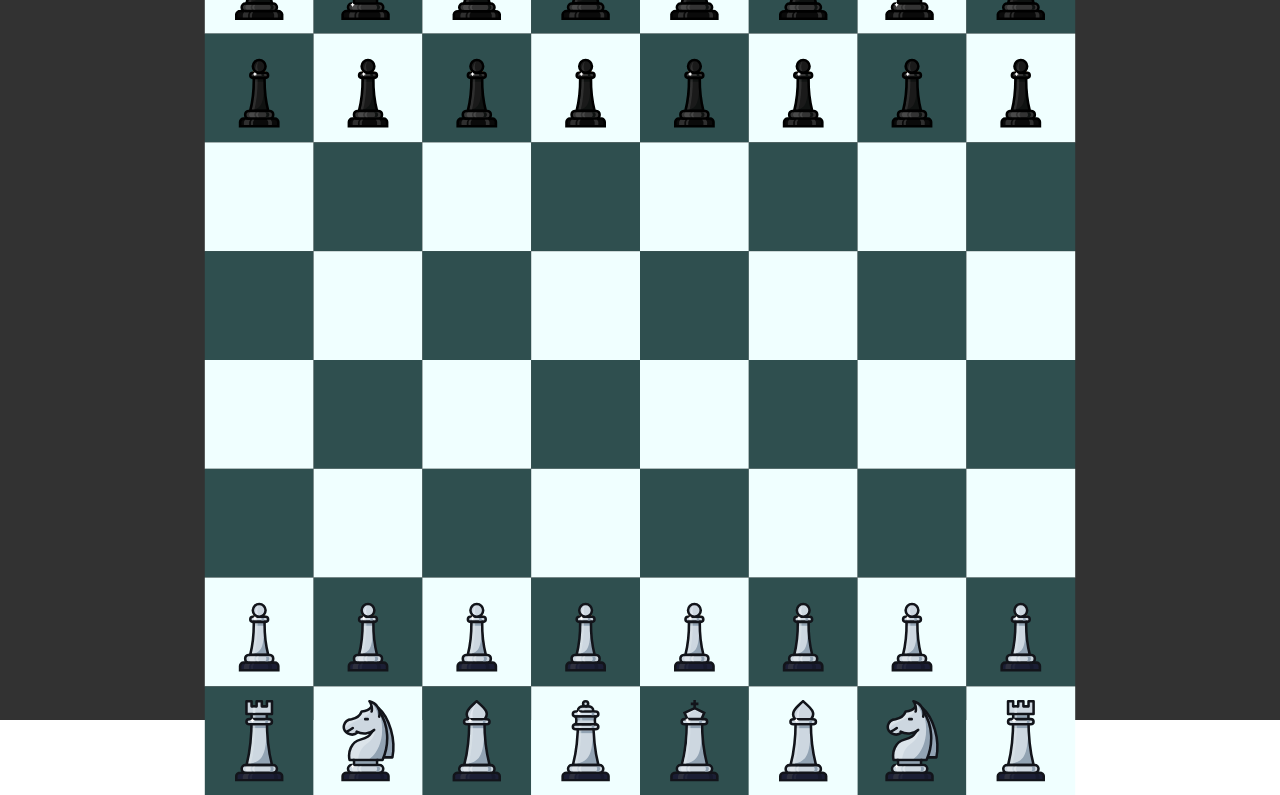
Repository: Mirsmog/react-chess
Page: /
These files come from the project's save history. The page is drawn as it stood at one moment and after the next save; the edit follows.
The browser window is 1280 px wide. The pictures show the whole page.
The project was rebuilt for these pictures with package versions that can differ from the ones it lists, and the page was loaded fresh each time. Also part of the build but not shown: vite.config.ts.

Above is the page before, as saved 2023-10-28 15:42:58.

### src/App.tsx
import BoardComponent from '@/components/BoardComponent';
import { Board } from './models/Board';
import React from 'react';

const App = () => {
  const [board, setBoard] = React.useState(new Board());

  React.useEffect(() => {
    restart();
  }, []);

  function restart() {
    const newBoard = new Board();
    newBoard.initCells();
    newBoard.addFigures()
    setBoard(newBoard);
  }
  return (
    <div className='app'>
      <BoardComponent board={board} setBoard={setBoard} />
    </div>
  );
};

export default App;

### src/index.css
:root {
  --sell-size: 64px;
}

* {
  margin: 0;
  padding: 0;
}

.app {
  background-color: #323232;
  width: 100vw;
  height: 100vh;
  display: flex;
  justify-content: center;
  align-items: center;
}

.board {
  display: flex;
  width: calc(var(--sell-size) * 8);
  height: calc(var(--sell-size) * 8);
  flex-wrap: wrap;
  transform: scale(1.7);
}

.cell {
  width: var(--sell-size);
  height: var(--sell-size);
  display: flex;
  justify-content: center;
  align-items: center;
}

.cell img {
  width: 48px;
  height: 48px;
  position: relative;
}

img[src*="/src/assets/pawn-white.svg"],
img[src*="/src/assets/pawn-black.svg"] {
  /* transform: scale(1.18); */
  transform: translateY(3px);
}

.black {
  background-color: darkslategrey;
}

.white {
  background-color: azure;
}

### src/components/BoardComponent.tsx
import { Board } from '@/models/Board';
import React from 'react';
import CellComponent from './CellComponent';

type Props = {
  board: Board;
  setBoard: (board: Board) => void;
};

const BoardComponent: React.FC<Props> = ({ board, setBoard }) => {
  return (
    <div className='board'>
      {board.cells.map((row, index) => (
        <React.Fragment key={index}>
          {row.map((cell) => (
            <CellComponent key={cell.id} cell={cell} />
          ))}
        </React.Fragment>
      ))}
    </div>
  );
};

export default BoardComponent;

### src/models/Board.ts
import { Cell } from './Cell';
import { Colors } from './Colors';
import { Bishop } from './figures/Bishop';
import { King } from './figures/King';
import { Knight } from './figures/Knight';
import { Pawn } from './figures/Pawn';
import { Queen } from './figures/Queen';
import { Rook } from './figures/Rook';

export class Board {
  cells: Cell[][] = [];

  public initCells() {
    for (let i = 0; i < 8; i++) {
      const row: Cell[] = [];
      for (let j = 0; j < 8; j++) {
        if ((i + j) % 2 !== 0) {
          row.push(new Cell(this, j, i, Colors.BLACK, null)); // black
        } else {
          row.push(new Cell(this, j, i, Colors.WHITE, null)); // white
        }
      }
      this.cells.push(row);
    }
  }
  public getCell(x: number, y: number) {
    return this.cells[y][x];
  }

  private addPawns() {
    for (let i = 0; i < 8; i++) {
      new Pawn(Colors.BLACK, this.getCell(i, 1));
      new Pawn(Colors.WHITE, this.getCell(i, 6));
    }
  }
  private addKings() {
    new King(Colors.BLACK, this.getCell(4, 0));
    new King(Colors.WHITE, this.getCell(4, 7));
  }
  private addQueens() {
    new Queen(Colors.BLACK, this.getCell(3, 0));
    new Queen(Colors.WHITE, this.getCell(3, 7));
  }
  private addBishops() {
    new Bishop(Colors.BLACK, this.getCell(2, 0));
    new Bishop(Colors.BLACK, this.getCell(5, 0));
    new Bishop(Colors.WHITE, this.getCell(2, 7));
    new Bishop(Colors.WHITE, this.getCell(5, 7));
  }
  private addKnights() {
    new Knight(Colors.BLACK, this.getCell(1, 0));
    new Knight(Colors.BLACK, this.getCell(6, 0));
    new Knight(Colors.WHITE, this.getCell(1, 7));
    new Knight(Colors.WHITE, this.getCell(6, 7));
  }
  private addRooks() {
    new Rook(Colors.BLACK, this.getCell(0, 0));
    new Rook(Colors.BLACK, this.getCell(7, 0));
    new Rook(Colors.WHITE, this.getCell(0, 7));
    new Rook(Colors.WHITE, this.getCell(7, 7));
  }

  public addFigures() {
    this.addKings();
    this.addBishops();
    this.addKnights();
    this.addQueens();
    this.addPawns();
    this.addRooks();
  }
}

### src/components/CellComponent.tsx
import { Cell } from '@/models/Cell';
import React from 'react';

type Props = {
  cell: Cell;
};

const CellComponent: React.FC<Props> = ({ cell }) => {
  return (
    <div className={`cell ${cell.color}`}>
      {cell.figure?.logo && (
        <img src={cell.figure.logo} alt={cell.figure.logo} />
      )}
    </div>
  );
};

export default CellComponent;

### src/models/Cell.ts
import { Board } from './Board';
import { Colors } from './Colors';
import { Figure } from './figures/Figure';

export class Cell {
  readonly x: number;
  readonly y: number;
  readonly color: Colors;
  figure: Figure | null;
  board: Board;
  available: boolean;
  id: number;

  constructor(
    board: Board,
    x: number,
    y: number,
    color: Colors,
    figure: Figure | null
  ) {
    this.board = board;
    this.figure = figure;
    this.color = color;
    this.x = x;
    this.y = y;
    this.available = false;
    this.id = Math.random();
  }
}

### src/models/Colors.ts
export enum Colors {
  BLACK = 'black',
  WHITE = 'white',
}

### src/models/figures/Bishop.ts
import { Cell } from '../Cell';
import { Colors } from '../Colors';
import { Figure, FigureName } from './Figure';
import bishopBlack from '@/assets/bishop-black.svg';
import bishopWhite from '@/assets/bishop-white.svg';
export class Bishop extends Figure {
  constructor(color: Colors, cell: Cell) {
    super(color, cell);
    this.logo = color === Colors.BLACK ? bishopBlack : bishopWhite;
    this.name = FigureName.BISHOP
  }
}

### src/models/figures/King.ts
import { Cell } from '../Cell';
import { Colors } from '../Colors';
import { Figure, FigureName } from './Figure';
import kingBlack from '@/assets/king-black.svg';
import kingWhite from '@/assets/king-white.svg';
export class King extends Figure {
  constructor(color: Colors, cell: Cell) {
    super(color, cell);
    this.logo = color === Colors.BLACK ? kingBlack : kingWhite;
    this.name = FigureName.KING
  }
}

### src/models/figures/Knight.ts
import { Cell } from '../Cell';
import { Colors } from '../Colors';
import { Figure, FigureName } from './Figure';
import knightBlack from '@/assets/knight-black.svg';
import knightWhite from '@/assets/knight-white.svg';
export class Knight extends Figure {
  constructor(color: Colors, cell: Cell) {
    super(color, cell);
    this.logo = color === Colors.BLACK ? knightBlack : knightWhite;
    this.name = FigureName.KNIGHT
  }
}

### src/models/figures/Pawn.ts
import { Cell } from '../Cell';
import { Colors } from '../Colors';
import { Figure, FigureName } from './Figure';
import pawnBlack from '@/assets/pawn-black.svg';
import pawnWhite from '@/assets/pawn-white.svg';
export class Pawn extends Figure {
  constructor(color: Colors, cell: Cell) {
    super(color, cell);
    this.logo = color === Colors.BLACK ? pawnBlack : pawnWhite;
    this.name = FigureName.PAWN
  }
}

### src/models/figures/Queen.ts
import { Cell } from '../Cell';
import { Colors } from '../Colors';
import { Figure, FigureName } from './Figure';
import queenBlack from '@/assets/queen-black.svg';
import queenWhite from '@/assets/queen-white.svg';
export class Queen extends Figure {
  constructor(color: Colors, cell: Cell) {
    super(color, cell);
    this.logo = color === Colors.BLACK ? queenBlack : queenWhite;
    this.name = FigureName.QUEEN
  }
}

### src/models/figures/Rook.ts
import { Cell } from '../Cell';
import { Colors } from '../Colors';
import { Figure, FigureName } from './Figure';
import rookBlack from '@/assets/rook-black.svg';
import rookWhite from '@/assets/rook-white.svg';
export class Rook extends Figure {
  constructor(color: Colors, cell: Cell) {
    super(color, cell);
    this.logo = color === Colors.BLACK ? rookBlack : rookWhite;
    this.name = FigureName.ROOK;
  }
}

### src/models/figures/Figure.ts
import { Cell } from '../Cell';
import { Colors } from '../Colors';
import logo from '@/assets/bishop-black.svg';

import queenBlack from '@/assets/queen-black.svg';
import bishopBlack from '@/assets/bishop-black.svg';
import rookBlack from '@/assets/rook-black.svg';
import knightBlack from '@/assets/knight-black.svg';
import pawnBlack from '@/assets/pawn-black.svg';

import queenWhite from '@/assets/queen-white.svg';
import bishopWhite from '@/assets/bishop-white.svg';
import rookWhite from '@/assets/rook-white.svg';
import knightWhite from '@/assets/knight-white.svg';
import pawnWhite from '@/assets/pawn-white.svg';

export enum FigureName {
  FIGURE = 'figure',
  KING = 'king',
  QUEEN = 'queen',
  ROOK = 'rook',
  BISHOP = 'bishop',
  PAWN = 'pawn',
  KNIGHT = 'knight',
}


export class Figure {
  color: Colors;
  logo: typeof logo | null;
  cell: Cell;
  name: FigureName;
  id: number;

  constructor(color: Colors, cell: Cell) {
    this.color = color;
    this.cell = cell;
    this.cell.figure = this;
    this.logo = null;
    this.name = FigureName.FIGURE;
    this.id = Math.random();
  }

  canMove(target: Cell): boolean {
    return true;
  }
  moveFigure(target: Cell) {}
}

Loaded but not shown: index.html (common file); src/main.tsx (common file)

After the next save:
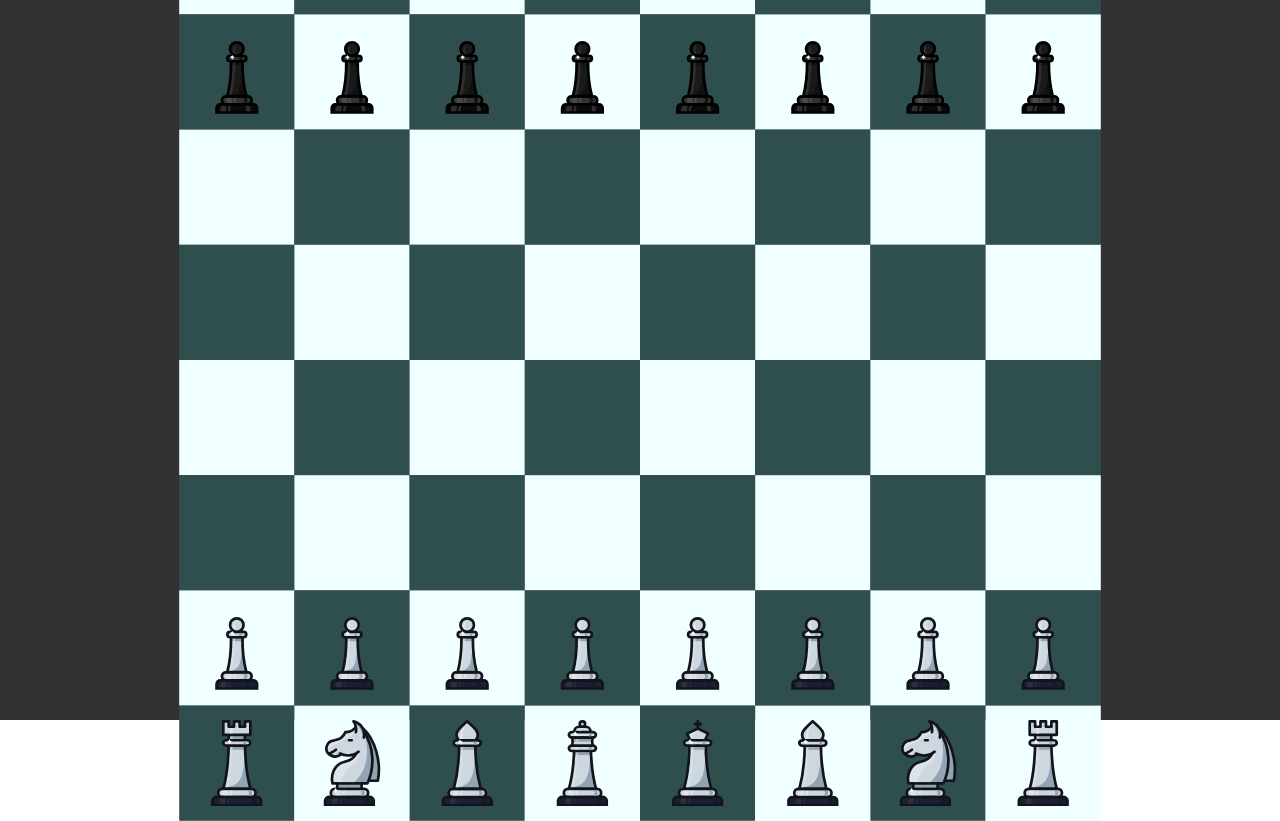
Saved 22 s later.
--- a/src/index.css
+++ b/src/index.css
@@ -21,7 +21,7 @@
   width: calc(var(--sell-size) * 8);
   height: calc(var(--sell-size) * 8);
   flex-wrap: wrap;
-  transform: scale(1.7);
+  transform: scale(1.8);
 }
 
 .cell {
